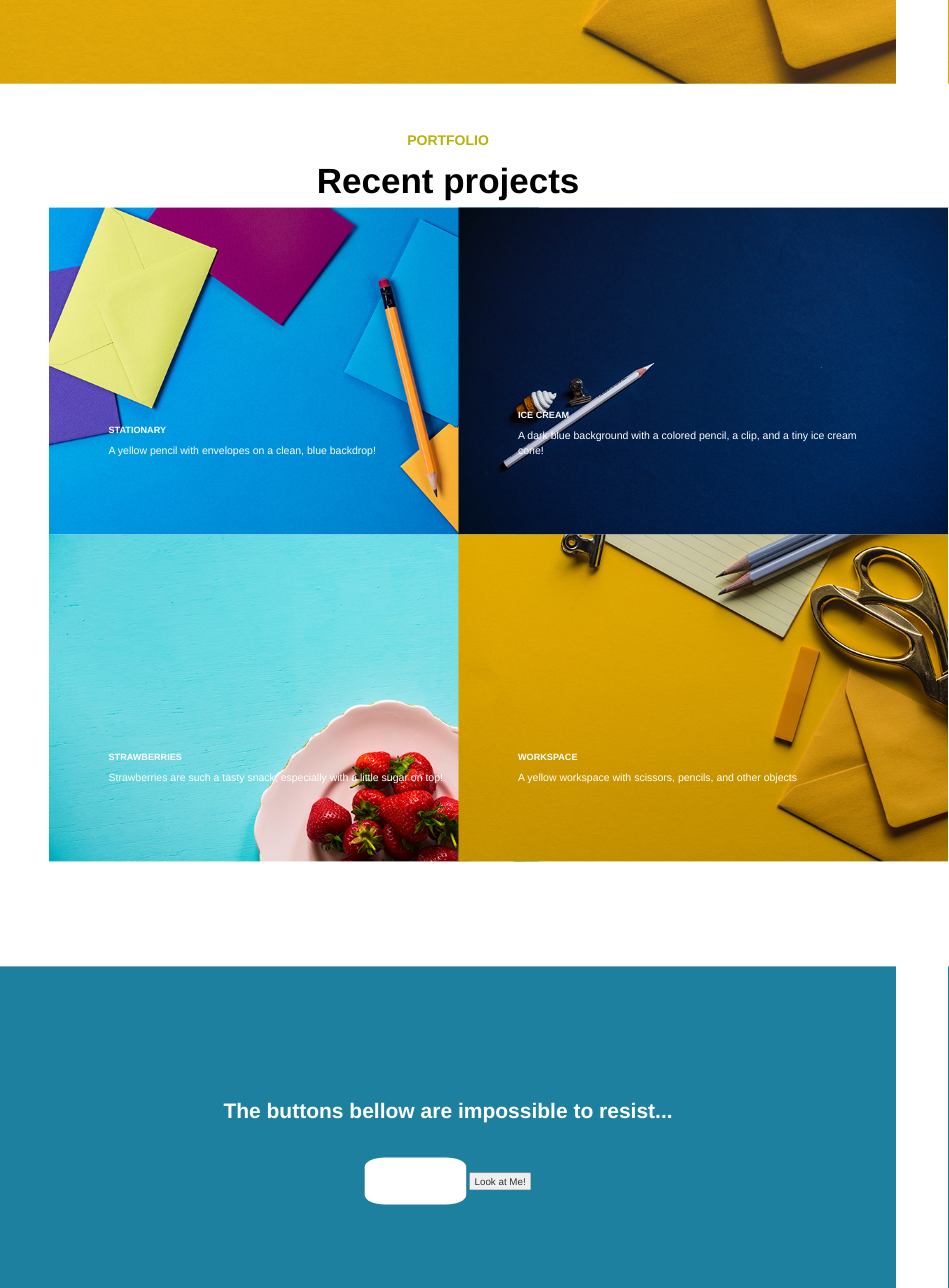
Repository: codin-full-stack/tomasz
Page: http://localhost/tomasz/portfolio/index.php
An editor plug-in stored every save of this project. The page is shown before and after the next save, followed by the edit.
The browser window is 1280 px wide. The page is 1355 px wide, so the pictures cover 1355 px, including what lies to the right of the window. The pictures show the part of the page from y = 2312 to 4152 px (the page is 4152 px tall before and 4112 px after), at 70% of full size.
Some web libraries are served in a nearby version. The page is run by PHP 8.4 with error messages shown; the project is at /var/www/html/.

Above is the page before, as saved 2018-10-23 09:30:29.

### portfolio/index.php
<!DOCTYPE html>
<html lang="en">
  <head>
    <meta charset="utf-8">
    <meta name="viewport" content="width=device-width, initial-scale=1, shrink-to-fit=no">
    <link rel="stylesheet" href="styles.css">
    <!-- Latest compiled and minified CSS -->
    <link rel="stylesheet" href="https://maxcdn.bootstrapcdn.com/bootstrap/3.3.7/css/bootstrap.min.css">
    <link rel="stylesheet" href="https://use.fontawesome.com/releases/v5.4.1/css/all.css" integrity="sha384-5sAR7xN1Nv6T6+dT2mhtzEpVJvfS3NScPQTrOxhwjIuvcA67KV2R5Jz6kr4abQsz" crossorigin="anonymous">
    <!-- jQuery library -->
    <script src="https://ajax.googleapis.com/ajax/libs/jquery/3.3.1/jquery.min.js"></script>
    <!-- Latest compiled JavaScript -->
    <script src="https://maxcdn.bootstrapcdn.com/bootstrap/3.3.7/js/bootstrap.min.js"></script>
  </head>

<body>
    <section class="first">
      <div class="container-fluid flex">
        <div class="textbox">
        <h1 class="maintext">Stylish portfolio</h1>
        <h2 class="secondtext"><i>A free Bootstrap Theme by Start Bootstrap</i></h2>
        <button class="button">Find Out More</button>
        </div>
      </div>
    </section>

    <section class="second">
      <div class="container-fluid flex">
        <div class="textbox2">
          <h1 class="maintext2">Stylish portfolio is the perfect theme for your next project!</h1>
          <h2 class="secondtext2"><i>This theme features is flexible, UX friendly sidebar menu and stock photos from your friends at Unsplash!</i></h2>
          <button class="button2">What We Offer</button>
        </div>
      </div>
    </section>

    <section class="third">
      <div class="container flex">
        <div class="textbox3">
        <h2 class="secondtext3">SERVICES</h2>
        <h1 class="maintext3">What We Offer</h1>
          <div class="row">
              <div class="col-md-3">
                <div class="iconframe"></div>
                <p class="maintext4">Responsive</p>
                <p class="secondtext4">Looks great on any screen size!</p>
              </div>
              <div class="col-md-3">
              <div class="iconframe"></div>
                <p class="maintext4">Redesigned</p>
                <p class="secondtext4">Freshly design for Boostrap 4.</p>
              </div>
              <div class="col-md-3">
                <div class="iconframe"></div>
                  <p class="maintext4">Favorited</p>
                  <p class="secondtext4">Million of users (icon) Boostrap!</p>

              </div>
              <div class="col-md-3">
                <div class="iconframe"></div>
                  <p class="maintext4">Question</p>
                  <p class="secondtext4">I mustache you a question..</p>
              </div>
            </div>
        </div>
      </div>
    </section>

        <section class="fourth">
      <div class="container-fluid flex">
        <div class="textbox4">
        <h1 class="maintext5">Welcome to your next Website!</h1>
        <button class="button">Download now</button>
        </div>
      </div>
    </section>

<section class="fifth">
      <div class="container flex">
        <div class="textbox5">
        <h2 class="secondtext5">PORTFOLIO</h2>
        <h1 class="maintext5">Recent projects</h1>
          <div class="row">
              <div class="col-md-6">
                <img src="images/portfolio-1.jpg" alt="">
                  <div class="photobox">
                  <h2 class="maintext6">STATIONARY</h2>
                  <p class="secondtext6">A yellow pencil with envelopes on a clean, blue backdrop!</p>
                  </div>
              </div>
              <div class="col-md-6">
              <img src="images/portfolio-2.jpg" alt="">
                <div class="photobox">
                  <h2 class="maintext6">ICE CREAM</h2>
                  <p class="secondtext6">A dark blue background with a colored pencil, a clip, and a tiny ice cream cone!</p>
                </div>
              </div>
            </div>
            <div class="row">
              <div class="col-md-6">
              <img src="images/portfolio-3.jpg" alt="">
                <div class="photobox">
                  <h2 class="maintext6">STRAWBERRIES</h2>
                  <p class="secondtext6">Strawberries are such a tasty snack, especially with a little sugar on top!</p>
                </div>
              </div>
              <div class="col-md-6">
                <img src="images/portfolio-4.jpg" alt="">
                  <div class="photobox">
                    <h2 class="maintext6">WORKSPACE</h2>
                    <p class="secondtext6">A yellow workspace with scissors, pencils, and other objects</p>
                </div>
              </div>
            </div>
        </div>
      </div>
    </section>


    <section class="seventh">
      <div class="container-fluid flex">
        <div class="textbox7">
          <h1 class="maintext7">The buttons bellow are impossible to resist...</h1>
          <button class="button7-1">Click me!</button>
          <button class="button7-2">Look at Me!</button>
        </div>
      </div>
    </section>




</body>



























</html>

### portfolio/styles.css
body {
    /* width: 100vw;
    height: 100vh; */
}

.first {
    height: 100vh;
    display: flex;
    width: 100%;
    background-image: url("images/bg-masthead.jpg");
    background-position: left;
    background-repeat: no-repeat;
    background-size: cover;
}

.second {
    padding: 120px 0;
    background-color: #ffffff;

}
.third {
    background-color: #1d809f;
    height: 550px;
}

.fourth {
    height: 100vh;
    background-image: url("images/bg-callout.jpg");
    background-position: left;
    background-repeat: no-repeat;
    background-size: cover;
}
.fifth {
    padding-bottom: 150px;

}
.seventh {
    padding: 120px 0;
    background-color: #1d809f;
}

.textbox {
    width: 650px;
    align-self: center;
    text-align: center;
    margin: 0 auto;
}
.textbox2 {

    width: 840px;
    align-self: center;
    text-align: center;
    margin: 0 auto;
}

.textbox3 {
    padding-top: 100px;
    align-self: center;
    text-align: center;
    margin: 0 auto;
}
.textbox4 {
    padding-top: 350px;
    align-self: center;
    text-align: center;
    margin: 0 auto;
}
.textbox5 {
    padding-top: 50px;
    align-self: center;
    text-align: center;
    margin: 0 auto;
}

.textbox7 {
    padding-top: 50px;
    align-self: center;
    text-align: center;
    margin: 0 auto;
}

.first h1 {
    font-size: 85px;
}

.first h2 {
    font-size: 30px;
}

.second h1 {
    font-size: 26px;
    font-weight: 750;
}
.second h2 {
    font-size: 16px;
    font-weight: 750;
}
.third h2 {
    font-size: 20px;
    font-weight: bold;
    color: #b6b307;
}

.third h1 {
    font-size: 50px;
    font-weight: bold;
    color: #ffffff;
}
.fourth h1 {
    font-size: 50px;
    font-weight: bold;
    color: #000000;
}

.maintext4 {
    font-size: 30px;
    font-weight: bold;
    color: #ffffff;
}

.secondtext4 {
    font-size: 20px;
    font-weight: bold;
    color: #bcd4d1;
}

.fifth h2 {
    font-size: 20px;
    font-weight: bold;
    color: #b6b307;
}

.fifth h1 {
    font-size: 50px;
    font-weight: bold;
    color: #000000;
}

.seventh h1 {
    color: #ffffff;
    font-weight: bold;
    font-size: 30px;
}
.photobox h2 {
    color: #ffffff;
    font-size:  13px;
    text-align: left;
}

.photobox p {
    color: #ffffff;
    text-align: left;
    font-size: 15px;
}
.container-fluid {

}

.flex {
    display: flex;
}

.button {
    width: 185px;
    height: 65px;
    background-color: #1d809f;
    border: none;
    color: #ffffff;
    align-self: center;
    margin-top: 40px;
}

.button2 {
    width: 185px;
    height: 65px;
    background-color: #000000;
    border: none;
    color: #ffffff;
    margin-top: 40px;
}

.button7-1 {
    width: 145px;
    height: 67px;
    background-color: #ffffff;
    border: none;
    border-radius: 20%;
    color: #ffffff;
    margin-top: 40px;
}

.iconframe {
    height: 120px;
    width: 120px;
    background-color: #ffffff;
    border-radius: 100%;
    display: inline-block;
}

.photobox {
    position: absolute;
    bottom: 100px;
    left: 100px;
}

After the next save:
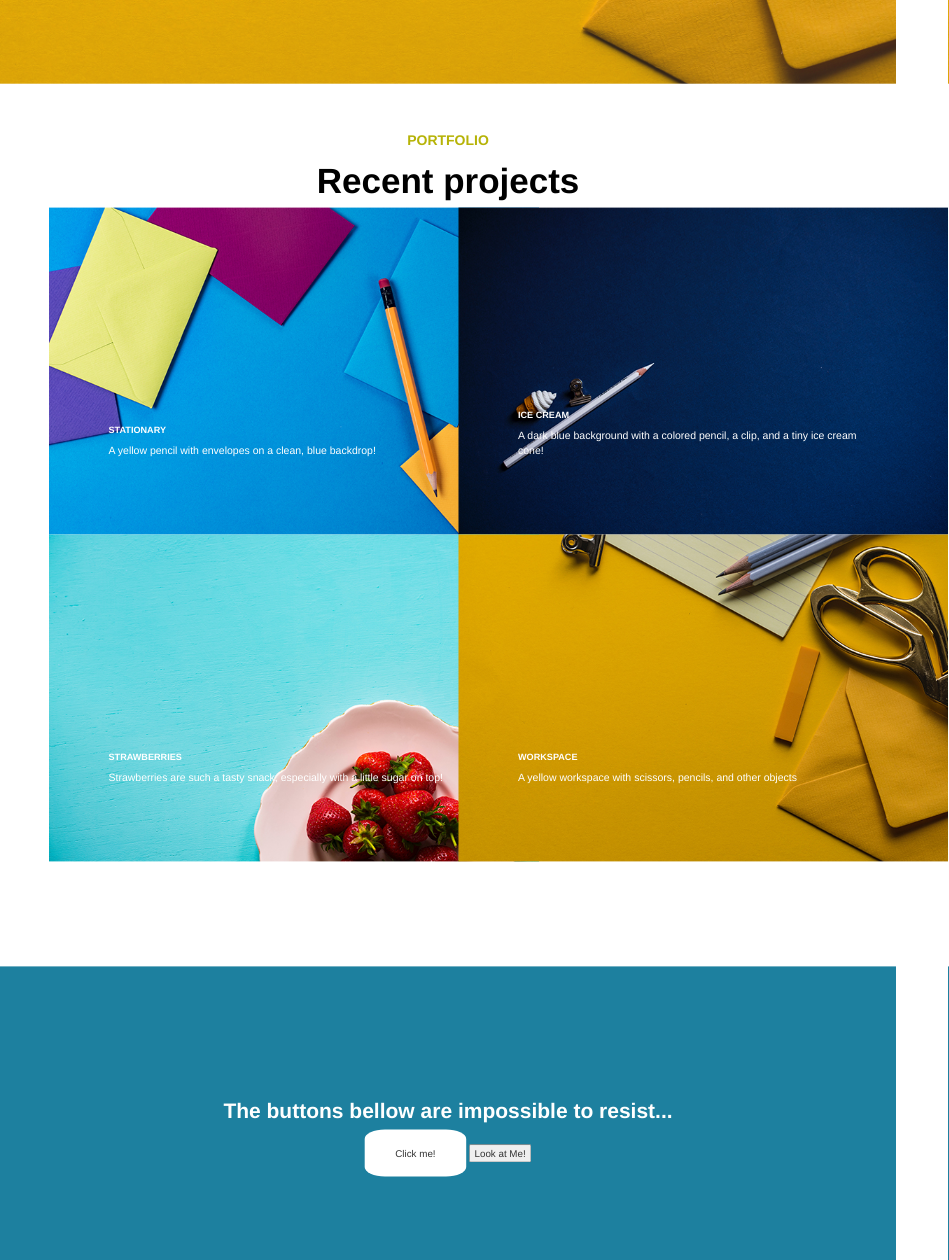
Saved 5 s later.
--- a/portfolio/styles.css
+++ b/portfolio/styles.css
@@ -185,7 +185,7 @@
     background-color: #ffffff;
     border: none;
     border-radius: 20%;
-    color: #ffffff;
+    color: #f
     margin-top: 40px;
 }
 

After the save that followed:
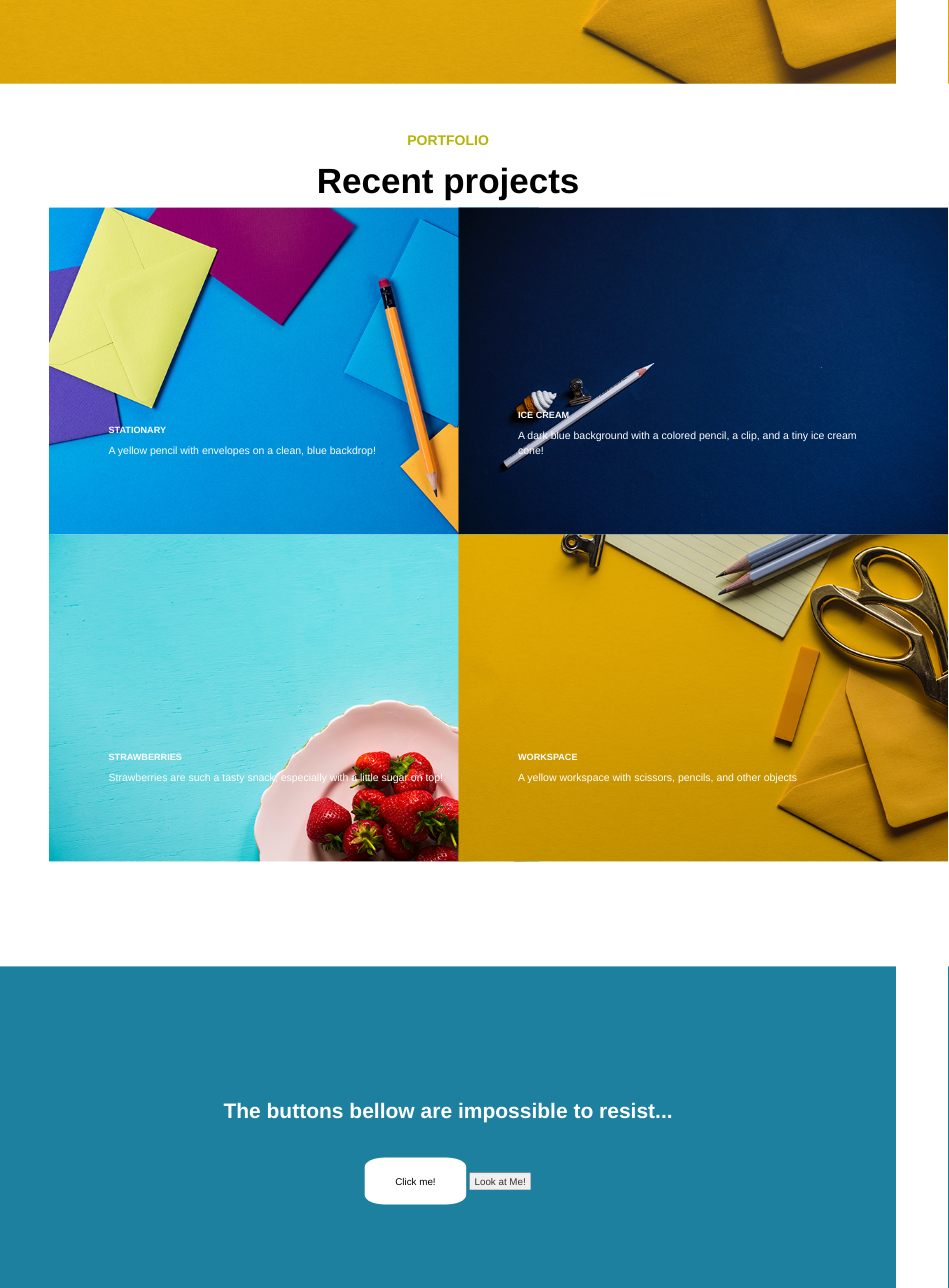
Saved 5 s later.
--- a/portfolio/styles.css
+++ b/portfolio/styles.css
@@ -185,7 +185,7 @@
     background-color: #ffffff;
     border: none;
     border-radius: 20%;
-    color: #f
+    color: #000000;
     margin-top: 40px;
 }
 
